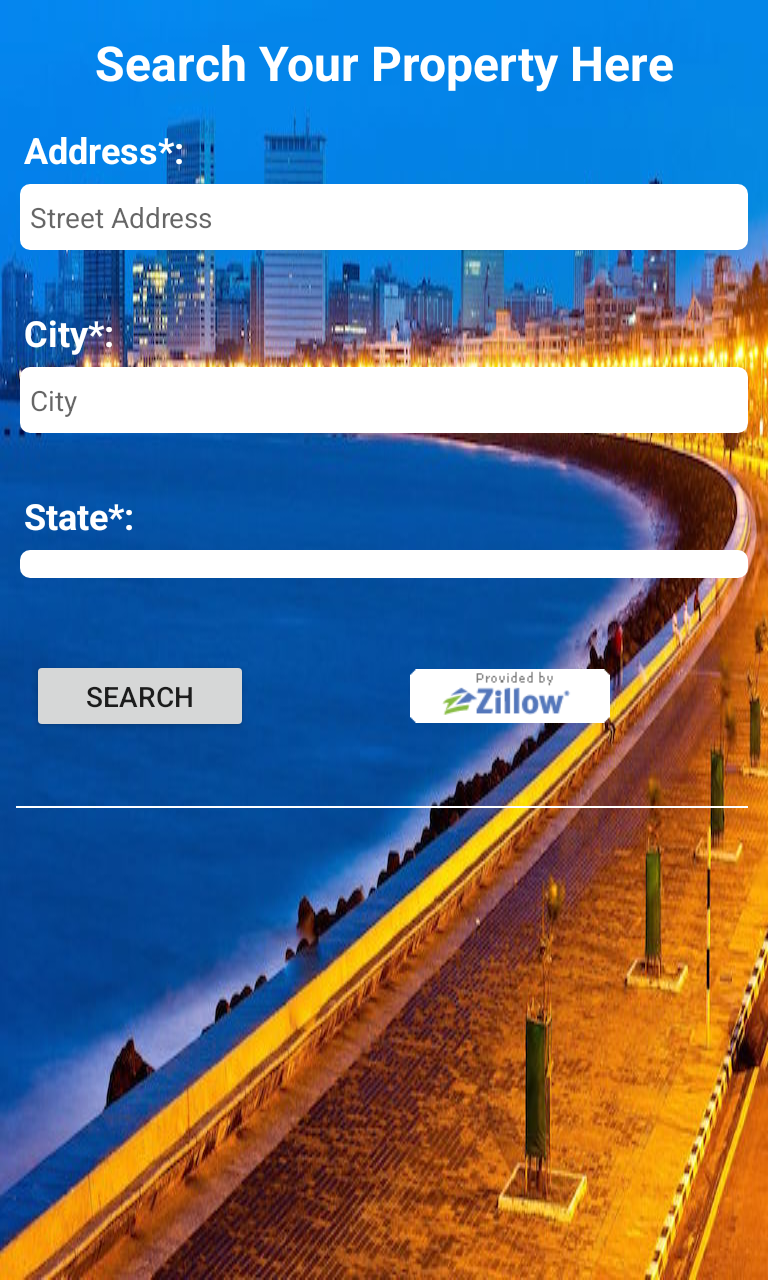
Repository: Warun26/PropertySearch
Layout: PropertySearch/res/layout/activity_main.xml
The author's editor kept a copy of each file at every save. The layout is drawn from the files as they stood at one save, then again after the next save.
It is drawn on a 768 x 1280 px phone screen (xhdpi) without system bars, with theme AppTheme; the app's code is not run. The app's manifest (not shown) leaves right-to-left support off. So textAlignment, textDirection and layoutDirection are ignored, and left and right values win over start and end ones.

Above is the layout before, as saved 2014-11-19 20:07:57.

### PropertySearch/res/layout/activity_main.xml
<?xml version="1.0" encoding="utf-8"?>
<LinearLayout xmlns:android="http://schemas.android.com/apk/res/android"
    xmlns:tools="http://schemas.android.com/tools"
    android:layout_width="match_parent"
    android:layout_height="match_parent"
    android:background="@drawable/background"
    android:orientation="vertical" >

    <LinearLayout
    	android:layout_width="match_parent"
    	android:layout_height="wrap_content"
    	android:orientation="horizontal">
	    <TextView
	    	android:id="@+id/formTitle"
		    android:layout_width="match_parent"
		    android:layout_height="wrap_content"
		    android:layout_marginTop="15dp"
		    android:layout_marginBottom="5dp"
		    android:text="@string/form_title"
		    android:gravity="center_horizontal"
		    android:textStyle="bold"
		    android:textSize="24sp"
		    android:textColor="#fff" />
	</LinearLayout>

    <LinearLayout
        android:layout_width="match_parent"
        android:layout_height="wrap_content"
        android:orientation="vertical">
        <TextView
            android:id="@+id/StreetAddressLabel"
            android:layout_gravity="center_horizontal"
            android:layout_marginTop="10dp"
            android:layout_marginBottom="5dp"
            android:layout_marginStart="8dp"
            android:layout_marginLeft="8dp"
            android:layout_width="fill_parent"
            android:layout_height="wrap_content"
            android:text="@string/address"
            android:textStyle="bold"
            android:textColor="#fff"
            android:textSize="18sp" />
        <EditText
            android:id="@+id/StreetAddressInput"
            android:layout_width="fill_parent"
            android:layout_height="wrap_content"
            android:hint="@string/street_address"
            android:paddingTop="7dp"
            android:paddingBottom="7dp"
            android:paddingStart="5dp"
            android:paddingLeft="5dp"
            android:paddingEnd="5dp"
            android:layout_marginLeft="10dp"
            android:layout_marginRight="10dp"
            android:textSize="14sp"
            android:background="@drawable/editbox"/>
        <TextView
            android:id="@+id/StreetError"
            android:layout_width="fill_parent"
            android:layout_height="wrap_content"
            android:text="@string/error_message"
            android:textColor="#ff0000"
            android:layout_marginLeft="10dp"
            android:layout_marginStart="10dp"
            android:textStyle="bold"
            android:visibility="invisible" />
    </LinearLayout>

    <LinearLayout
        android:layout_width="match_parent"
        android:layout_height="wrap_content"
        android:orientation="vertical">
        <TextView
            android:id="@+id/CityLabel"
            android:layout_gravity="center_horizontal"
            android:layout_marginTop="10dp"
            android:layout_marginBottom="5dp"
            android:layout_marginStart="8dp"
            android:layout_marginLeft="8dp"
            android:layout_width="fill_parent"
            android:layout_height="wrap_content"
            android:text="@string/city_label"
            android:textStyle="bold"
            android:textColor="#fff"
            android:textSize="18sp" />
        <EditText
            android:id="@+id/CityInput"
            android:layout_width="fill_parent"
            android:layout_height="wrap_content"
            android:hint="@string/city"
            android:paddingTop="7dp"
            android:paddingBottom="7dp"
            android:paddingStart="5dp"
            android:paddingLeft="5dp"
            android:paddingEnd="5dp"
            android:layout_marginLeft="10dp"
            android:layout_marginRight="10dp"
            android:textSize="14sp"
            android:background="@drawable/editbox"/>
        <TextView
            android:id="@+id/CityError"
            android:layout_width="fill_parent"
            android:layout_height="wrap_content"
            android:text="@string/error_message"
            android:textColor="#ff0000"
            android:layout_marginLeft="10dp"
            android:layout_marginStart="10dp"
            android:textStyle="bold"
            android:visibility="invisible" />
    </LinearLayout>

    <LinearLayout
        android:layout_width="match_parent"
        android:layout_height="wrap_content"
        android:orientation="vertical">
        <TextView
            android:id="@+id/StateLabel"
            android:layout_gravity="center_horizontal"
            android:layout_marginTop="10dp"
            android:layout_marginBottom="5dp"
            android:layout_marginStart="8dp"
            android:layout_marginLeft="8dp"
            android:layout_width="fill_parent"
            android:layout_height="wrap_content"
            android:text="@string/state"
            android:textStyle="bold"
            android:textColor="#fff"
            android:textSize="18sp" />
        <Spinner
    		android:id="@+id/stateInput"
		    android:layout_width="fill_parent"
		    android:layout_height="wrap_content"
		    android:layout_marginLeft="10dp"
		    android:layout_marginRight="10dp"
		    android:paddingTop="7dp"
		    android:paddingBottom="7dp"
            android:paddingStart="5dp"
            android:paddingLeft="5dp"
            android:paddingRight="5dp"
            android:paddingEnd="5dp"
            android:textSize="14sp"
		    android:background="@drawable/editbox" />

        <TextView
            android:id="@+id/StateError"
            android:layout_width="fill_parent"
            android:layout_height="wrap_content"
            android:text="@string/error_message"
            android:textColor="#ff0000"
            android:layout_marginLeft="10dp"
            android:layout_marginStart="10dp"
            android:textStyle="bold"
            android:visibility="invisible" />
    </LinearLayout>
    <LinearLayout
        android:layout_width="wrap_content"
        android:layout_height="wrap_content"
        android:orientation="horizontal">

        <Button
            android:id="@+id/searchButton"
            android:layout_width="110dp"
            android:layout_height="40dp"
            android:text="@string/search"
            android:layout_marginLeft="15dp"
            android:layout_marginStart="7dp"
            android:layout_marginTop="20dp"
            android:paddingLeft="3dp"
            android:paddingRight="3dp"
            android:layout_weight="1"
            android:onClick="sendZillow"/>
        <ImageView
            android:id="@+id/zillowLogo"
            android:layout_width="100dp"
            android:layout_height="80dp"
            android:src="@drawable/zillow"
            android:layout_weight="1"
            android:layout_marginLeft="80dp"
            android:layout_marginStart="80dp"
            android:contentDescription="@string/zillow_image"/>
    </LinearLayout>
    <LinearLayout
        android:layout_width="fill_parent"
        android:layout_height="1dp"
        android:layout_marginTop="15dp"
        android:layout_marginLeft="8dp"
        android:layout_marginRight="10dp"
        android:layout_marginStart="8dp"
        android:layout_marginEnd="10dp"
        android:background="#fff"
        android:orientation="horizontal"
       />
</LinearLayout>

### PropertySearch/res/values/strings.xml
<?xml version="1.0" encoding="utf-8"?>
<resources>

    <string name="app_name">PropertySearch</string>
    <string name="hello_world">Hello world!</string>
    <string name="action_settings">Settings</string>
    <string name="search">Search</string>
    <string name="title_activity_main">MainActivity</string>
    <string name="form_title">Search Your Property Here</string>
    <string name="street_address">Street Address</string>
    <string name="address">Address*:</string>
    <string name="city_label">City*:</string>
    <string name="city">City</string>
    <string name="state">State*:</string>
    <string name="zillow_image">Zillow Logo</string>
    <string name="error_message">This field is required.</string>
    <string name="body1">body1</string>
    <string name="body2">body2</string>
    <string name="previous">Previous</string>
    <string name="next">Next</string>
    <string name="more_details">See more details on Zillow</string>
    <string-array name="states">
        <item>Choose State</item>
        <item>AL</item>
        <item>AK</item>
        <item>AZ</item>
        <item>AR</item>
        <item>CA</item>
        <item>CO</item>
        <item>CT</item>
        <item>DE</item>
        <item>DC</item>
        <item>FL</item>
        <item>GA</item>
        <item>HI</item>
        <item>ID</item>
        <item>IL</item>
        <item>IN</item>
        <item>IA</item>
        <item>KS</item>
        <item>KY</item>
        <item>LA</item>
        <item>ME</item>
        <item>MD</item>
        <item>MA</item>
        <item>MI</item>
        <item>MN</item>
        <item>MS</item>
        <item>MO</item>
        <item>MT</item>
        <item>NE</item>
        <item>NV</item>
        <item>NH</item>
        <item>NJ</item>
        <item>NM</item>
        <item>NY</item>
        <item>NC</item>
        <item>ND</item>
        <item>OH</item>
        <item>OK</item>
        <item>OR</item>
        <item>PA</item>
        <item>PA</item>
        <item>RI</item>
        <item>SC</item>
        <item>SD</item>
        <item>TN</item>
        <item>TX</item>
        <item>UT</item>
        <item>VT</item>
        <item>VA</item>
        <item>WA</item>
        <item>WV</item>
        <item>WI</item>
        <item>WY</item>
    </string-array>

    <string name="title_activity_display_property_details">Results from Zillow</string>

</resources>

### PropertySearch/res/drawable-ldpi/editbox.xml
<?xml version="1.0" encoding="UTF-8"?>

<shape xmlns:android="http://schemas.android.com/apk/res/android"
    android:shape="rectangle" >

    <solid
        android:color="#fff" >
    </solid>

    <corners
        android:radius="1dp"
        android:bottomLeftRadius="5dp"
        android:bottomRightRadius="5dp"
        android:topLeftRadius="5dp"
        android:topRightRadius="5dp" >
    </corners>

</shape>

Loaded but not shown: PropertySearch/res/values/styles.xml (common file); PropertySearch/res/values-v11/styles.xml (common file); PropertySearch/res/values-v14/styles.xml (common file)

After the next save:
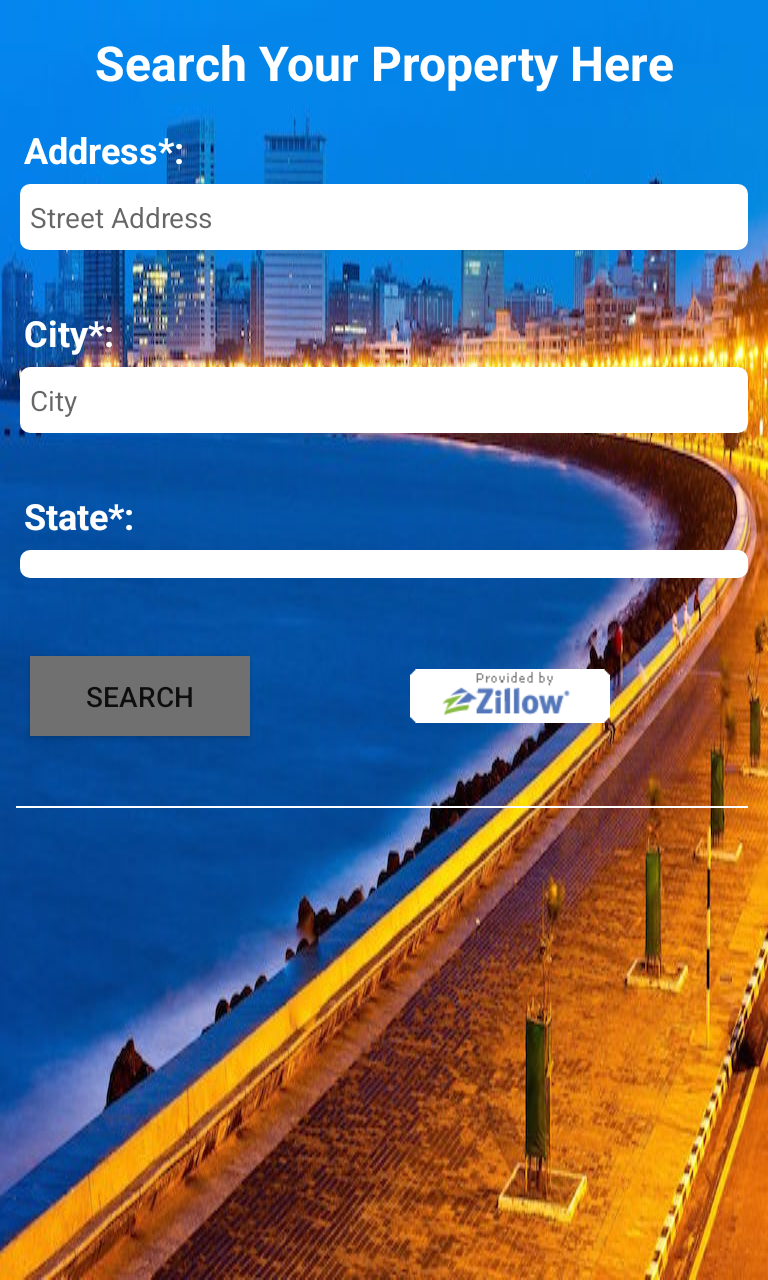
Saved 4 min 41 s later.
--- a/PropertySearch/res/layout/activity_main.xml
+++ b/PropertySearch/res/layout/activity_main.xml
@@ -168,6 +168,7 @@
             android:paddingLeft="3dp"
             android:paddingRight="3dp"
             android:layout_weight="1"
+            android:background="#707070"
             android:onClick="sendZillow"/>
         <ImageView
             android:id="@+id/zillowLogo"
